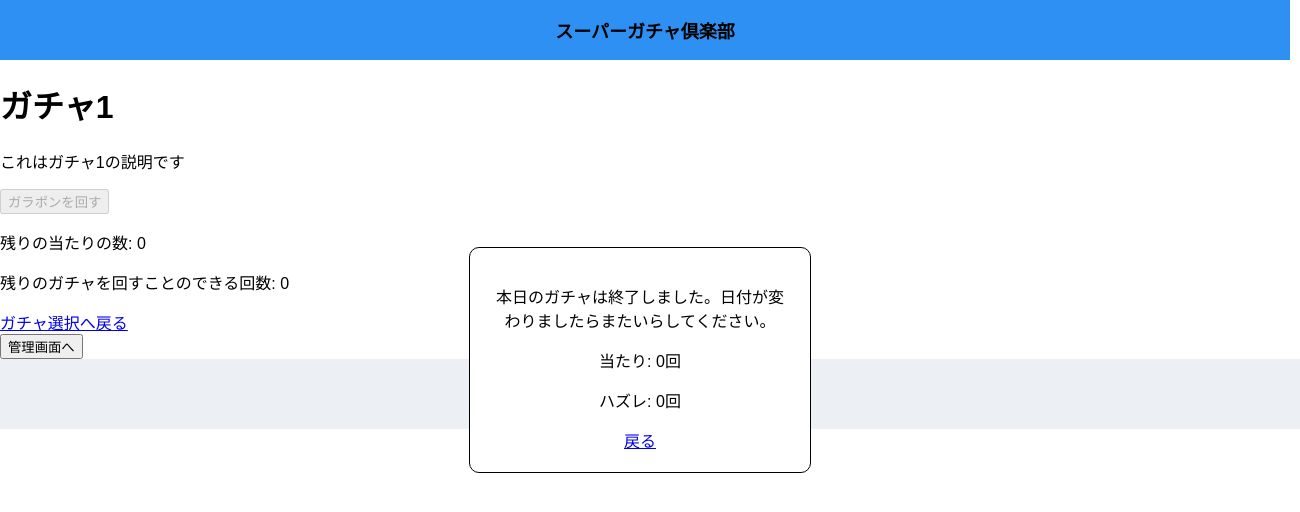
Repository: kskw0000/gggacha
Page: /gacha/1 (app in fronted/)
These files come from the project's save history. The page is drawn as it stood at one moment and after the next save; the edit follows.
The browser window is 1280 px wide. The page is 1300 px wide, so the pictures cover 1300 px, including what lies to the right of the window. The pictures show the whole page.
The page's requests for data from a server got no answer. The project was rebuilt for these pictures with package versions that can differ from the ones it lists, and the page was loaded fresh each time. No one was signed in, and anything a server would have sent is missing. Also part of the build but not shown: fronted/src/components/pages/Admin.js, fronted/src/components/css/WinnerPage.css, fronted/src/components/pages/WinnerPage.js.

Above is the page before, as saved 2023-07-01 11:42:34.

After the next save:
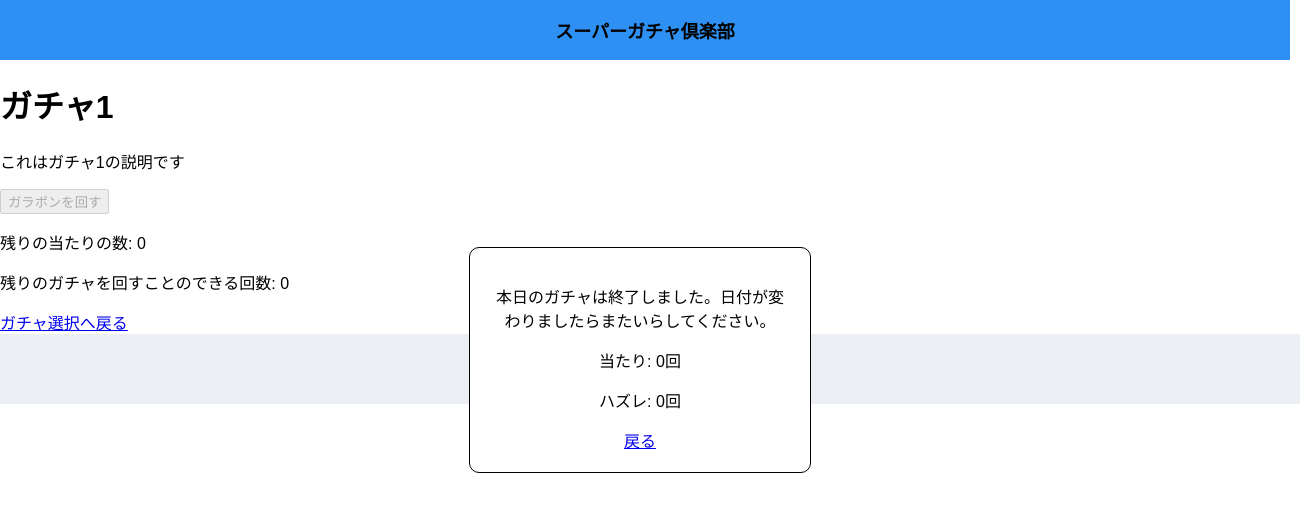
Saved 3 min 23 s later.
--- a/fronted/src/components/pages/Gacha.js
+++ b/fronted/src/components/pages/Gacha.js
@@ -18,9 +18,6 @@ function Gacha() {
       <h1>{gachaData.title}</h1>
       <p>{gachaData.description}</p>
       <GachaMachine />
-      <Link to="/admin">
-        <button>管理画面へ</button>
-      </Link>
     </div>
   );
 }
